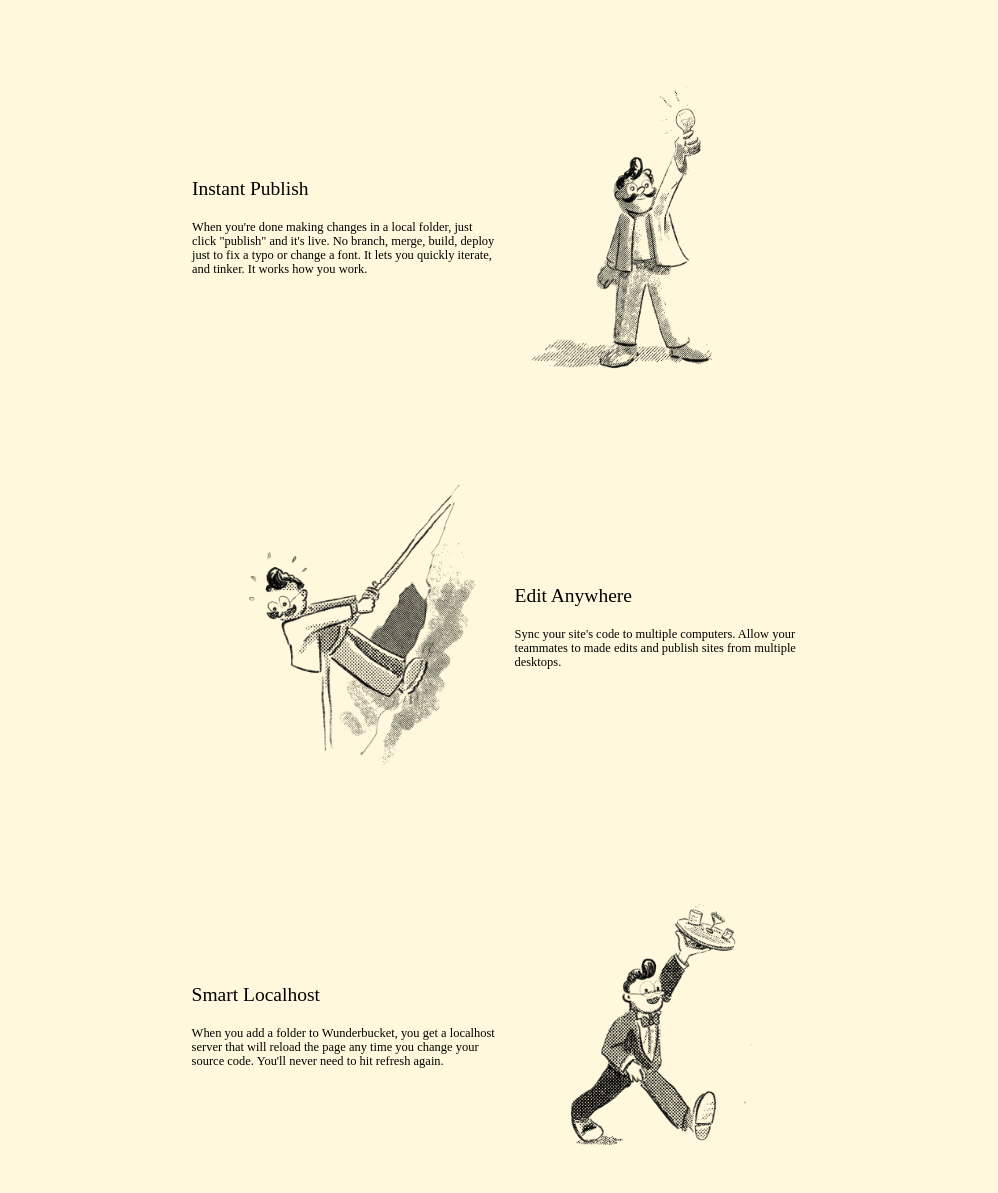
Repository: Pbemits/TEAMWORK-PROJECT-ONE
Page: index.html
An editor plug-in stored every save of this project. The page is shown before and after the next save, followed by the edit.
The browser window is 1280 px wide. The pictures show the whole page, at 78% of full size.
Some web fonts or font styles are not loaded; a fallback is used.

Above is the page before, as saved 2023-09-01 23:21:41.

After the next save:
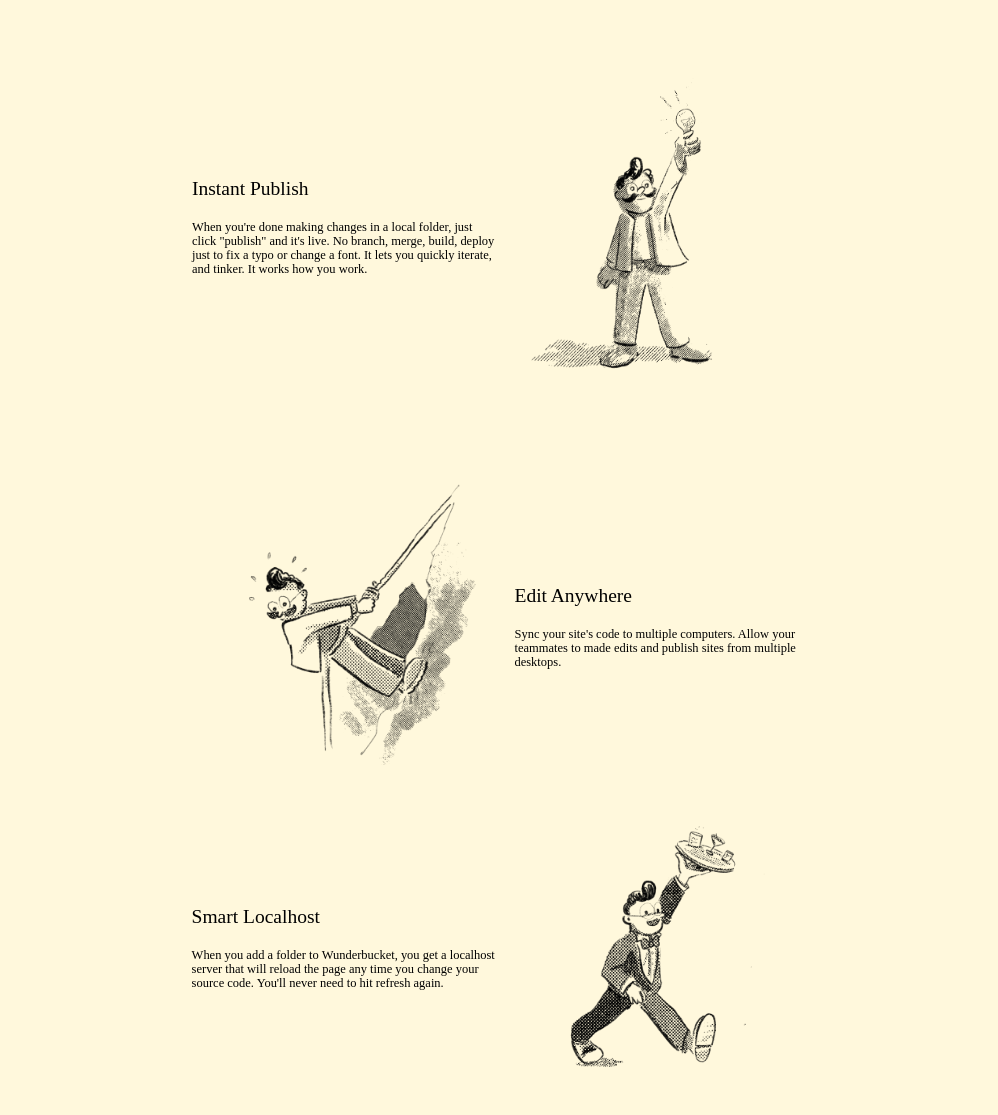
Saved 2 min 2 s later.
--- a/assets/css/main.css
+++ b/assets/css/main.css
@@ -63,7 +63,7 @@
     display: flex;
     align-items: center;
     justify-content: center;
-    margin-top: 100px;
+    /* margin-top: 100px; */
 }
 
 .content-wrapper-element-three .wrapper-element-texts .element-text-h3 h3 {
